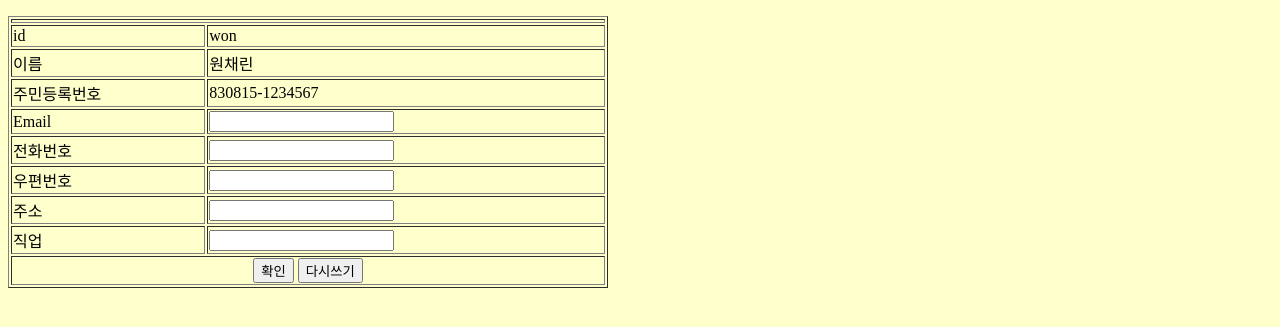
Repository: Chaelin02/2-_JSP
Page: http://localhost/BasicJSP/jdbc07/update_2312.jsp
An editor plug-in stored every save of this project. The page is shown before and after the next save, followed by the edit.
The browser window is 1280 px wide. The pictures show the whole page.
The page is served by Tomcat 9.

Above is the page before, as saved 2019-06-25 01:56:12.

After the next save:
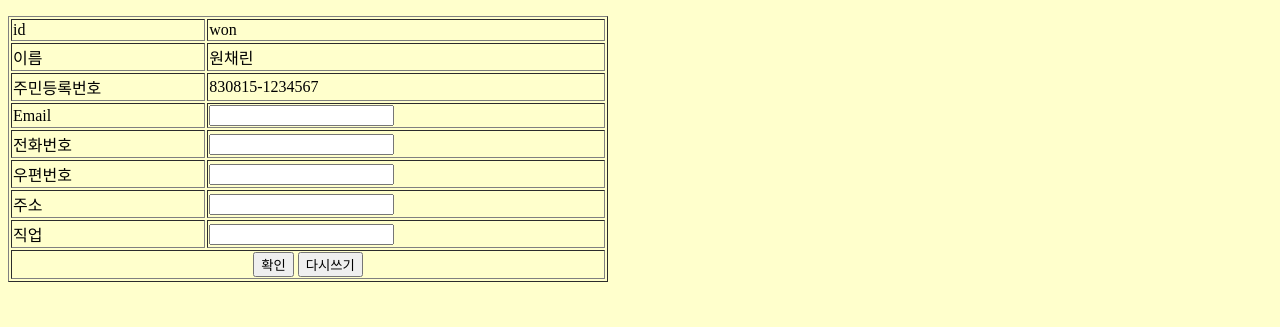
Saved 16 s later.
--- a/BasicJSP/WebContent/jdbc07/update_2312.jsp
+++ b/BasicJSP/WebContent/jdbc07/update_2312.jsp
@@ -9,7 +9,7 @@
 <body bgcolor="#ffffcc">
 	<form method=post action=updatePro_2312.jsp>
 <table border='1' width=600>
-	<td colspan=2>
+
 	<tr>
 		<td>id</td>
 		<td>won</td>
